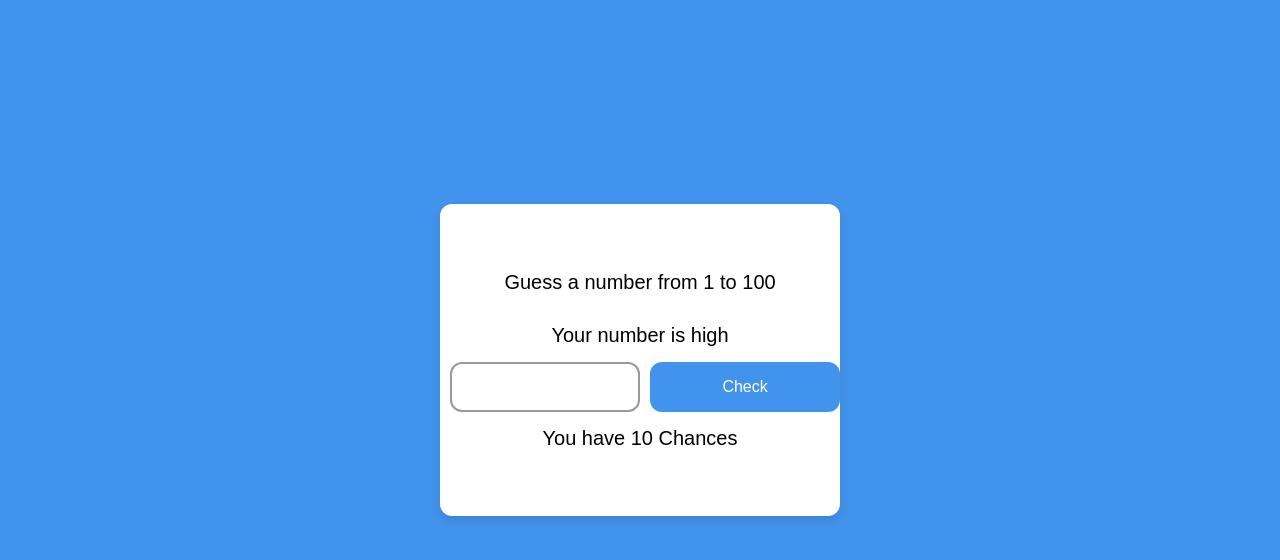
Repository: Ankitkr2021/Guess_Game
Page: index.html
The author's editor kept a copy of each file at every save. The page is drawn from the files as they stood at one save, then again after the next save.
The browser window is 1280 px wide. The pictures show the whole page.

Above is the page before, as saved 2025-09-30 17:56:52.

### index.html
<!DOCTYPE html>
<html lang="en">
<head>
    <meta charset="UTF-8">
    <meta name="viewport" content="width=device-width, initial-scale=1.0">
    <title>Document</title>
    <link rel="stylesheet" href="./style.css">
</head>
<body>
    <div class="box">
        <p>Guess a number from 1 to 100</p>
        <p class="class">Your number is high</p>
        <div class="same-line">
        <input type="number">
        <button type="submit">Check</button>
        </div>
        <p>You have <span class="chances">10 </span>Chances</p>
    </div>
</body>
</html>

### style.css
@import url("https://fonts.googleapis.com/css2?family=Poppins:wght@300;400;500;600;700&display=swap">
);

*{
    margin: 0;
    padding: 0;
    box-sizing: border-box;
    font-family: 'Poppins',sans-serif;
}

body{
    display: flex;
    justify-content: center;
    align-items: center;
    height: 100vh;
    width: 100%;
    background: #4293eb;
}

.box{
    background: #fff;
    height: 312px;
    width: 400px;
    border-radius: 12px;
    display: flex;
    flex-direction: column;
    align-items: center;
    justify-content: center;
    box-shadow: 0 5px 10px rgba(0,0,0,0.1);
}

p{
    padding: 15px 20px;
    font-size: 20px;
    /* font-weight: 600; */
}

.same-line {
    /* background: green; */
    width: 100%;
    display: flex;
    align-items: center;
    justify-content: center;
}

input{
    /* margin: 50px; */
    /* padding: 20px; */
    width: calc(100% / 2);
    margin-left: 10px;
    margin-right: 10px;
    height: 50px;
    border-radius: 12px;
    padding: 0 20px;
    border: 2px solid #999;
}


button{
    background: #4293eb;
    border: none;
    padding: 0 20px;
    width: calc(100% / 2);
    color: #fff;
    /* margin: 40px; */
    height: 50px;
    /* width: 80px; */
    border-radius: 12px;
    font-size: 16px;
    font-weight: 400;
    cursor: pointer;
}

After the next save:
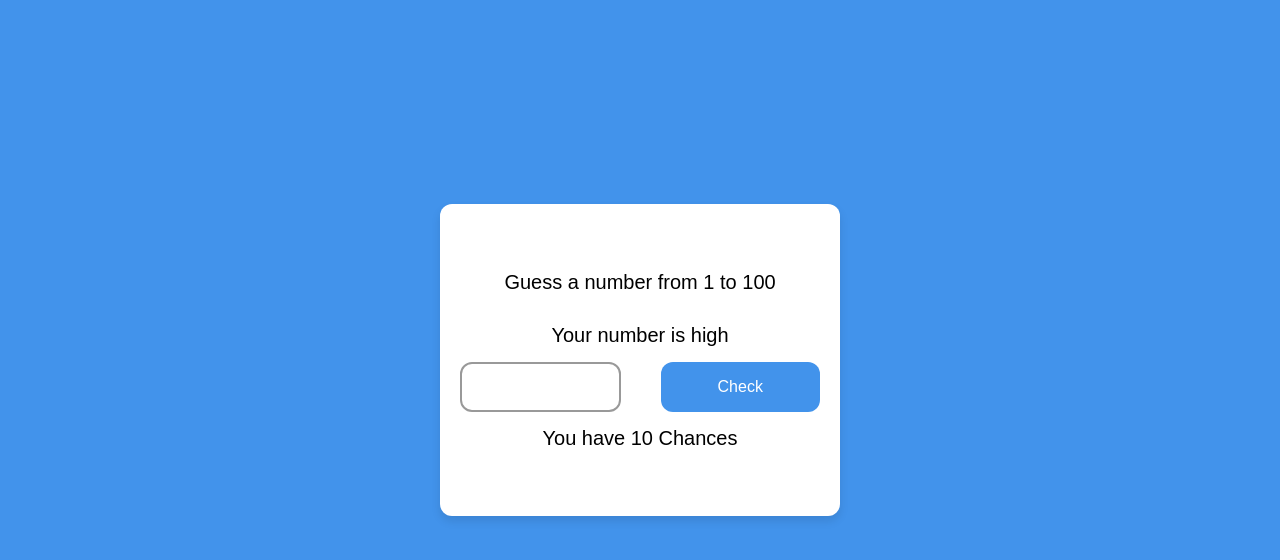
Saved 5 min 32 s later.
--- a/style.css
+++ b/style.css
@@ -47,8 +47,8 @@ input{
     /* margin: 50px; */
     /* padding: 20px; */
     width: calc(100% / 2);
-    margin-left: 10px;
-    margin-right: 10px;
+    margin-left: 20px;
+    margin-right: 20px;
     height: 50px;
     border-radius: 12px;
     padding: 0 20px;
@@ -62,6 +62,8 @@ button{
     padding: 0 20px;
     width: calc(100% / 2);
     color: #fff;
+    margin-left: 20px;
+    margin-right: 20px;
     /* margin: 40px; */
     height: 50px;
     /* width: 80px; */
